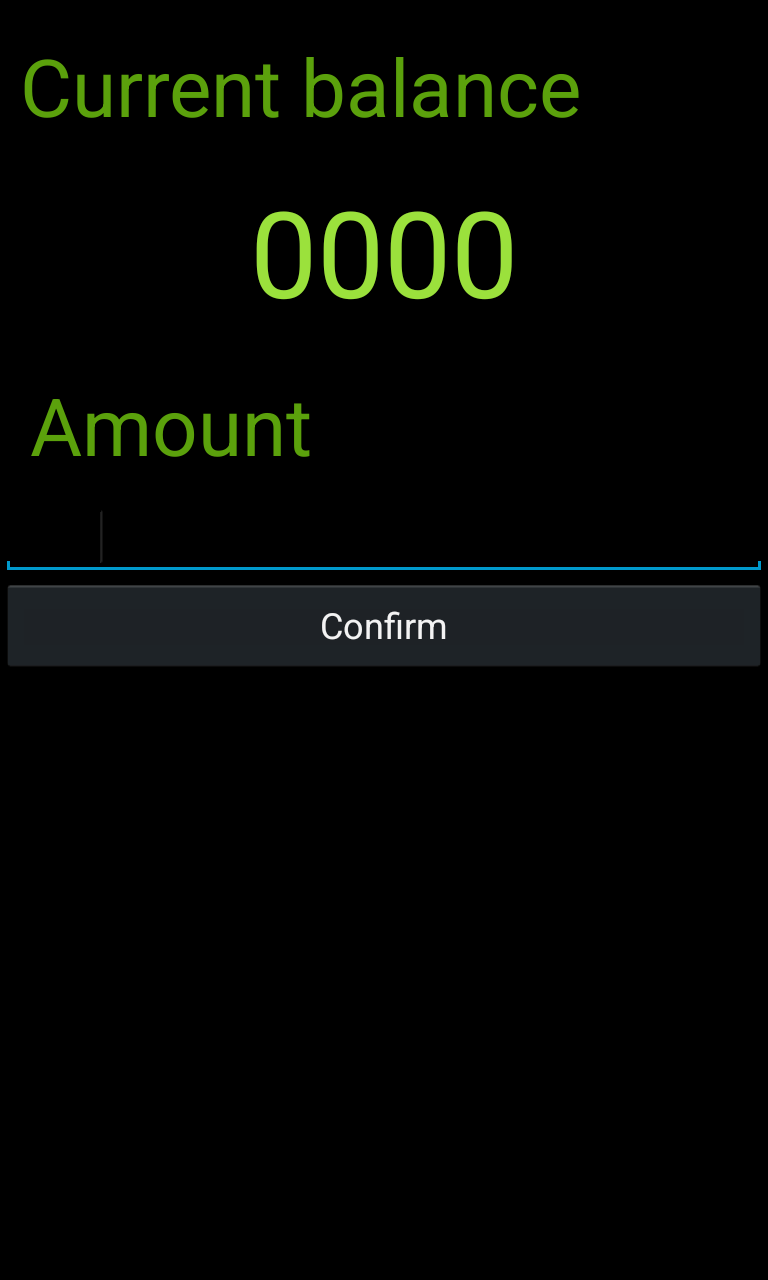
Repository: rrafols/EcoHack
Layout: EcoWalletAndroid/res/layout/payment_layout.xml
The author's editor kept a copy of each file at every save. The layout is drawn from the files as they stood at one save, then again after the next save.
It is drawn on a 768 x 1280 px phone screen (xhdpi) without system bars, with theme android:Theme.Holo; the app's code is not run.

Above is the layout before, as saved 2014-02-23 05:38:30.

### EcoWalletAndroid/res/layout/payment_layout.xml
<?xml version="1.0" encoding="utf-8"?>
<RelativeLayout xmlns:android="http://schemas.android.com/apk/res/android"
    android:layout_width="match_parent"
    android:layout_height="match_parent" >

    <LinearLayout
        android:id="@+id/LayoutPaymentActivity"
        android:layout_width="match_parent"
        android:layout_height="match_parent"
        android:orientation="vertical" >

        <TextView
        android:id="@+id/textView1"
        android:layout_width="wrap_content"
        android:layout_height="wrap_content"
        android:layout_marginLeft="10dp"
        android:layout_marginTop="@dimen/activity_vertical_margin"
        android:layout_marginBottom="16dp"
        android:text="Current balance"
        android:textAppearance="?android:attr/textAppearanceLarge"
        android:textColor="#5BA10C"
        android:textSize="40sp" />

        <TextView
            android:id="@+id/textViewCurrentBalance"
            android:layout_width="match_parent"
            android:layout_height="wrap_content"
            android:textSize="60sp"
            android:textColor="#9BE13C"
            android:gravity="center_horizontal"
            android:text="0000"
            android:textAppearance="?android:attr/textAppearanceLarge" />

        <TextView
        android:id="@+id/textView2"
        android:layout_width="match_parent"
        android:layout_height="wrap_content"
        android:layout_marginLeft="15dp"
        android:layout_marginTop="20dp"
        android:layout_marginBottom="10dp"
        android:text="Amount"
        android:textAppearance="?android:attr/textAppearanceLarge"
        android:textColor="#5BA10C"
        android:textSize="40sp" />

        <EditText
            android:id="@+id/amount2pay"
            android:layout_width="match_parent"
            android:layout_height="wrap_content"
            android:paddingLeft="50dp"
            android:paddingRight="50dp"
            android:ems="10"
            android:inputType="number" >

            <requestFocus />
        </EditText>

        <Button
            android:id="@+id/confirmaPago"
            android:layout_width="match_parent"
            android:layout_height="wrap_content"
            android:padding="10dp"
            android:text="Confirm" />

    </LinearLayout>

    <TextView
        android:id="@+id/FondoQr"
        android:layout_width="match_parent"
        android:layout_height="match_parent"
        android:background="@android:color/white"
        android:visibility="gone"
        android:text="" />

</RelativeLayout>

Loaded but not shown: EcoWalletAndroid/res/values/dimens.xml (common file)

After the next save:
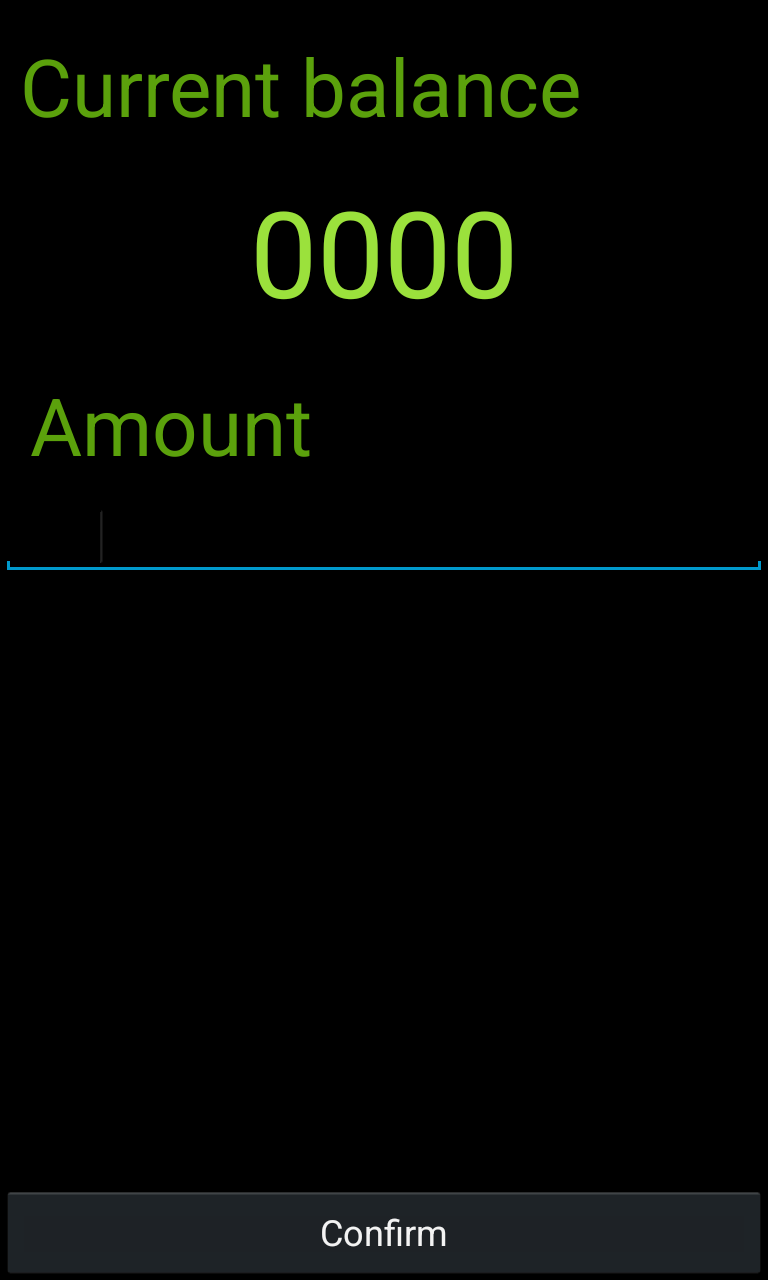
Saved 47 s later.
--- a/EcoWalletAndroid/res/layout/payment_layout.xml
+++ b/EcoWalletAndroid/res/layout/payment_layout.xml
@@ -10,66 +10,66 @@
         android:orientation="vertical" >
 
         <TextView
-        android:id="@+id/textView1"
-        android:layout_width="wrap_content"
-        android:layout_height="wrap_content"
-        android:layout_marginLeft="10dp"
-        android:layout_marginTop="@dimen/activity_vertical_margin"
-        android:layout_marginBottom="16dp"
-        android:text="Current balance"
-        android:textAppearance="?android:attr/textAppearanceLarge"
-        android:textColor="#5BA10C"
-        android:textSize="40sp" />
+            android:id="@+id/textView1"
+            android:layout_width="wrap_content"
+            android:layout_height="wrap_content"
+            android:layout_marginBottom="16dp"
+            android:layout_marginLeft="10dp"
+            android:layout_marginTop="@dimen/activity_vertical_margin"
+            android:text="Current balance"
+            android:textAppearance="?android:attr/textAppearanceLarge"
+            android:textColor="#5BA10C"
+            android:textSize="40sp" />
 
         <TextView
             android:id="@+id/textViewCurrentBalance"
             android:layout_width="match_parent"
             android:layout_height="wrap_content"
-            android:textSize="60sp"
-            android:textColor="#9BE13C"
             android:gravity="center_horizontal"
             android:text="0000"
-            android:textAppearance="?android:attr/textAppearanceLarge" />
+            android:textAppearance="?android:attr/textAppearanceLarge"
+            android:textColor="#9BE13C"
+            android:textSize="60sp" />
 
         <TextView
-        android:id="@+id/textView2"
-        android:layout_width="match_parent"
-        android:layout_height="wrap_content"
-        android:layout_marginLeft="15dp"
-        android:layout_marginTop="20dp"
-        android:layout_marginBottom="10dp"
-        android:text="Amount"
-        android:textAppearance="?android:attr/textAppearanceLarge"
-        android:textColor="#5BA10C"
-        android:textSize="40sp" />
+            android:id="@+id/textView2"
+            android:layout_width="match_parent"
+            android:layout_height="wrap_content"
+            android:layout_marginBottom="10dp"
+            android:layout_marginLeft="15dp"
+            android:layout_marginTop="20dp"
+            android:text="Amount"
+            android:textAppearance="?android:attr/textAppearanceLarge"
+            android:textColor="#5BA10C"
+            android:textSize="40sp" />
 
         <EditText
             android:id="@+id/amount2pay"
             android:layout_width="match_parent"
             android:layout_height="wrap_content"
+            android:ems="10"
+            android:inputType="number"
             android:paddingLeft="50dp"
-            android:paddingRight="50dp"
-            android:ems="10"
-            android:inputType="number" >
+            android:paddingRight="50dp" >
 
             <requestFocus />
         </EditText>
+    </LinearLayout>
 
-        <Button
-            android:id="@+id/confirmaPago"
-            android:layout_width="match_parent"
-            android:layout_height="wrap_content"
-            android:padding="10dp"
-            android:text="Confirm" />
-
-    </LinearLayout>
+    <Button
+        android:id="@+id/confirmaPago"
+        android:layout_width="match_parent"
+        android:layout_height="wrap_content"
+        android:layout_alignParentBottom="true"
+        android:padding="10dp"
+        android:text="Confirm" />
 
     <TextView
         android:id="@+id/FondoQr"
         android:layout_width="match_parent"
         android:layout_height="match_parent"
         android:background="@android:color/white"
-        android:visibility="gone"
-        android:text="" />
+        android:text=""
+        android:visibility="gone" />
 
 </RelativeLayout>
